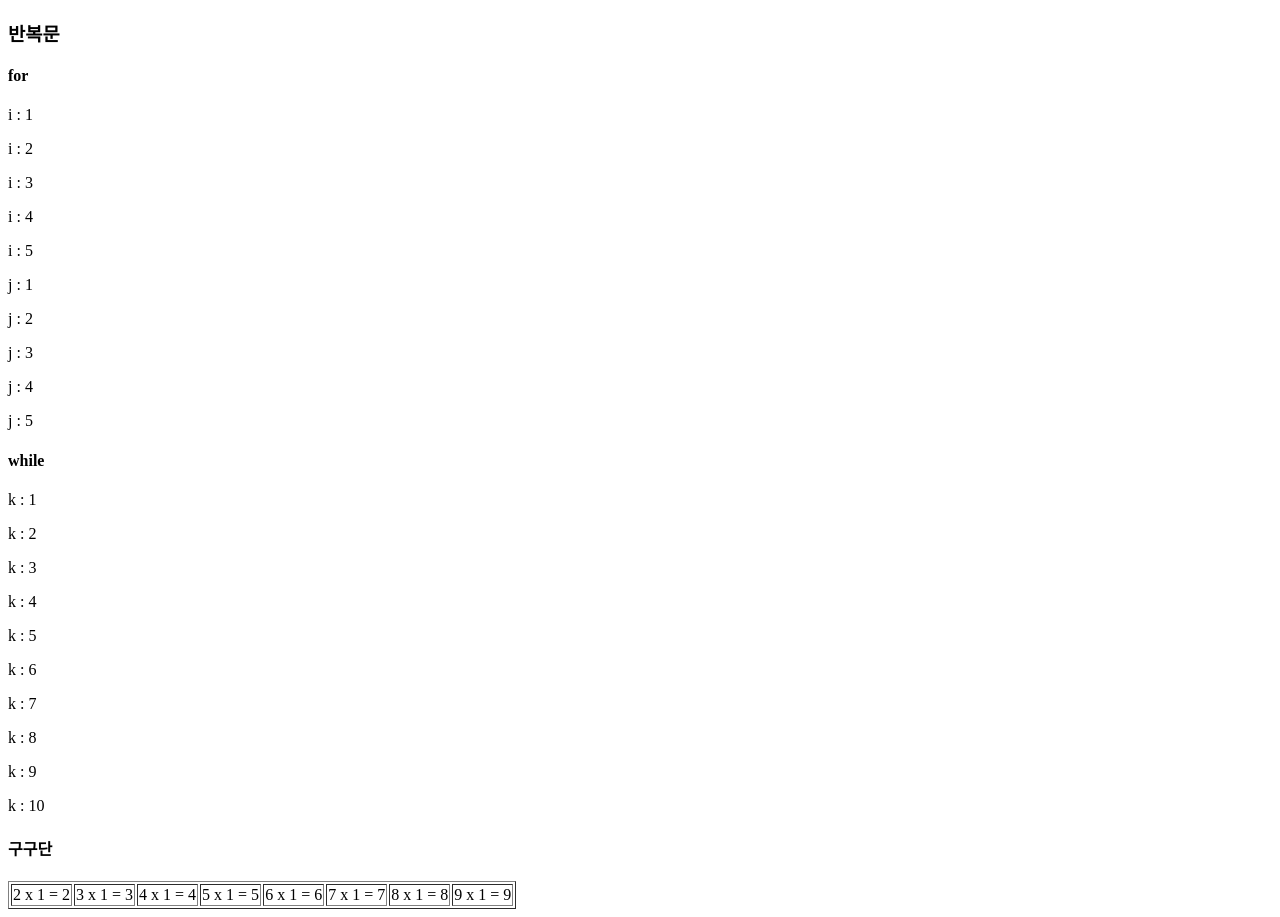
Repository: SangKyuuu/Jsp
Page: http://localhost/ch02/3_Loop.jsp
An editor plug-in stored every save of this project. The page is shown before and after the next save, followed by the edit.
The browser window is 1280 px wide. The pictures show the whole page.
The page is served by Tomcat 9.

Above is the page before, as saved 2025-07-28 02:04:30.

After the next save:
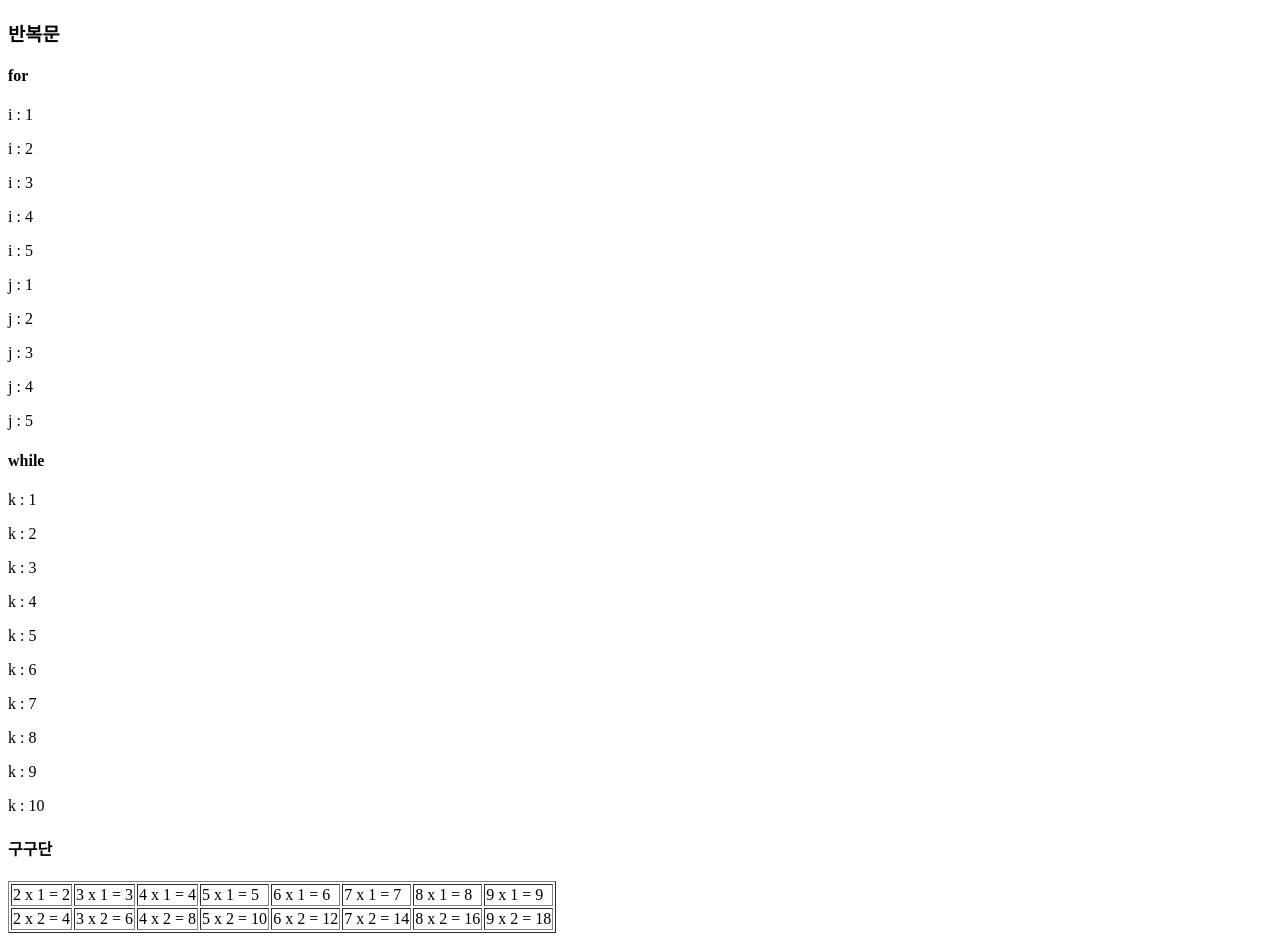
Saved 25 s later.
--- a/ch02/src/main/webapp/3_Loop.jsp
+++ b/ch02/src/main/webapp/3_Loop.jsp
@@ -47,6 +47,16 @@
 				<td>8 x 1 = 8</td>
 				<td>9 x 1 = 9</td>
 			</tr>
+			<tr>
+				<td>2 x 2 = 4</td>
+				<td>3 x 2 = 6</td>
+				<td>4 x 2 = 8</td>
+				<td>5 x 2 = 10</td>
+				<td>6 x 2 = 12</td>
+				<td>7 x 2 = 14</td>
+				<td>8 x 2 = 16</td>
+				<td>9 x 2 = 18</td>
+			</tr>
 		</table>
 
 
